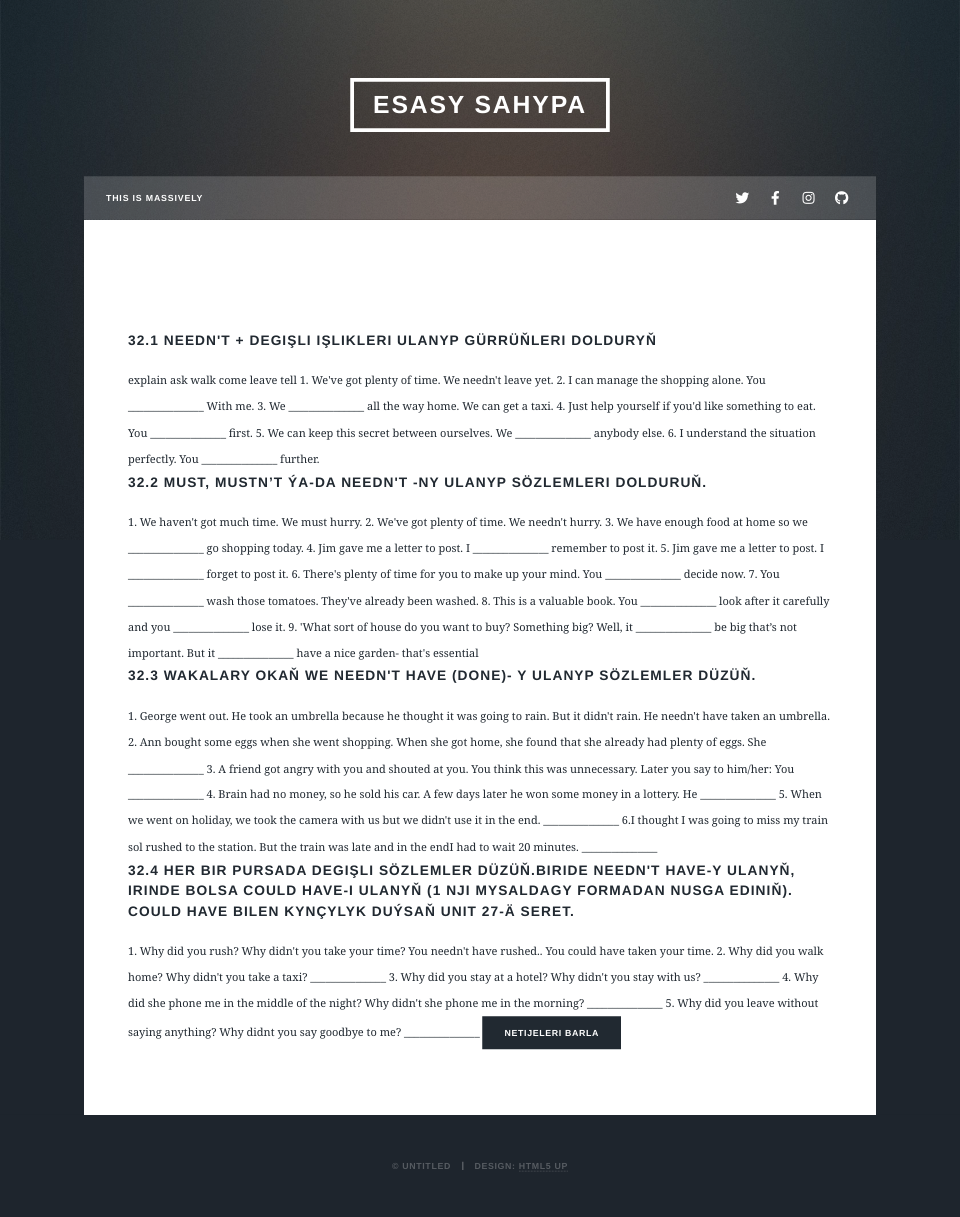
Repository: Sahet-dev/English-grammar-app
Page: test/test_unit _32.html
These files come from the project's save history. The page is drawn as it stood at one moment and after the next save; the edit follows.
The browser window is 1280 px wide. The pictures show the whole page, at 75% of full size.
Some web fonts or font styles are not loaded; a fallback is used.

Above is the page before, as saved 2022-06-24 17:05:57.

After the next save:
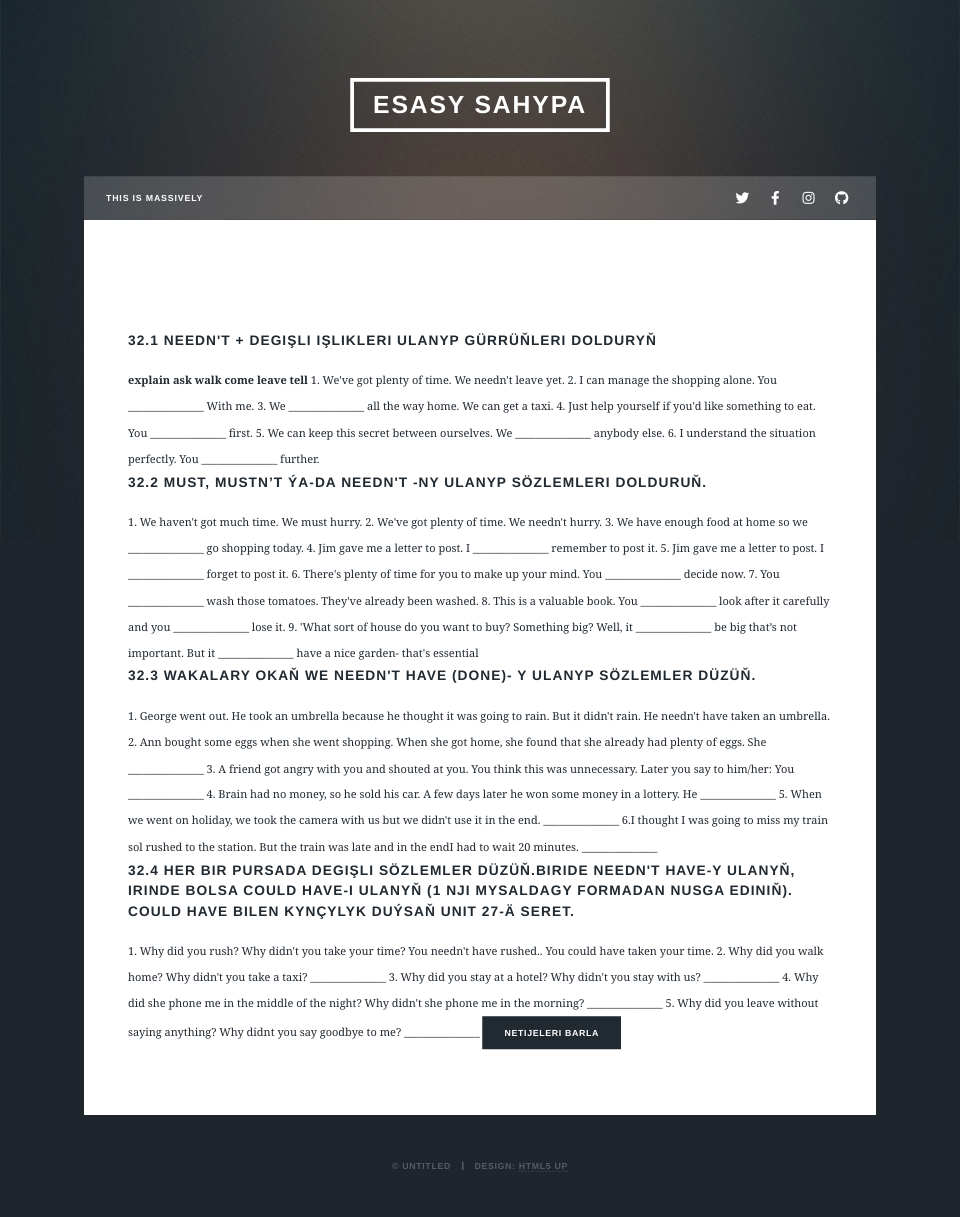
Saved 20 s later.
--- a/test/test_unit _32.html
+++ b/test/test_unit _32.html
@@ -57,7 +57,7 @@
 
 														Needn't + degişli işlikleri ulanyp gürrüňleri dolduryň</h3>
 
-														explain
+														<b> explain
 
 														ask
 														walk
@@ -66,7 +66,7 @@
 
 														leave
 
-														tell
+														tell</b>
 
 														1. We've got plenty of time. We needn't leave yet.
 
